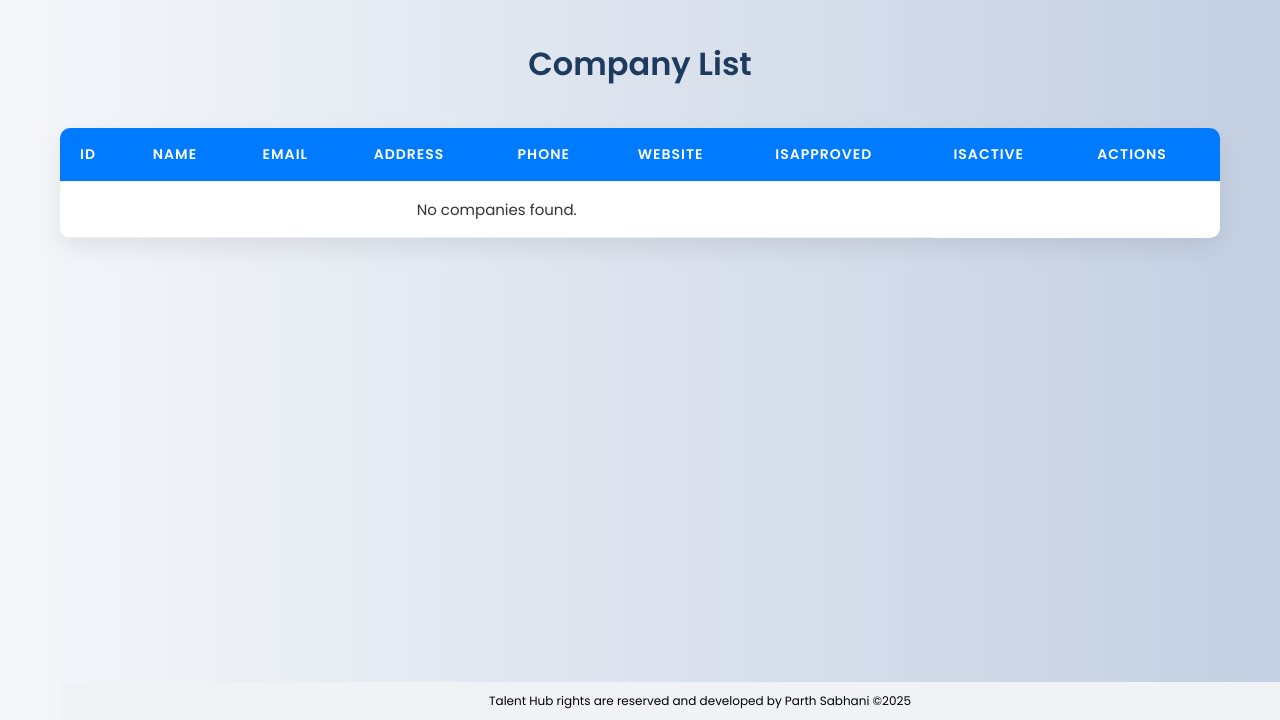
Repository: parthsabhani/Job_Portal_JSP_Servlet
Page: http://localhost/Job_Portal/adminDashboard.jsp
An editor plug-in stored every save of this project. The page is shown before and after the next save, followed by the edit.
The browser window is 1280 px wide. The pictures show the whole page.
The page is served by Tomcat 10. The session is filled in as if someone had signed in: {"model": 1, "emodel": 1, "userProjects": "testuser", "role": "user"}. The template is opened directly, without the code that normally fills it, so the values that code supplies are empty.

Above is the page before, as saved 2025-04-24 12:43:49.

After the next save:
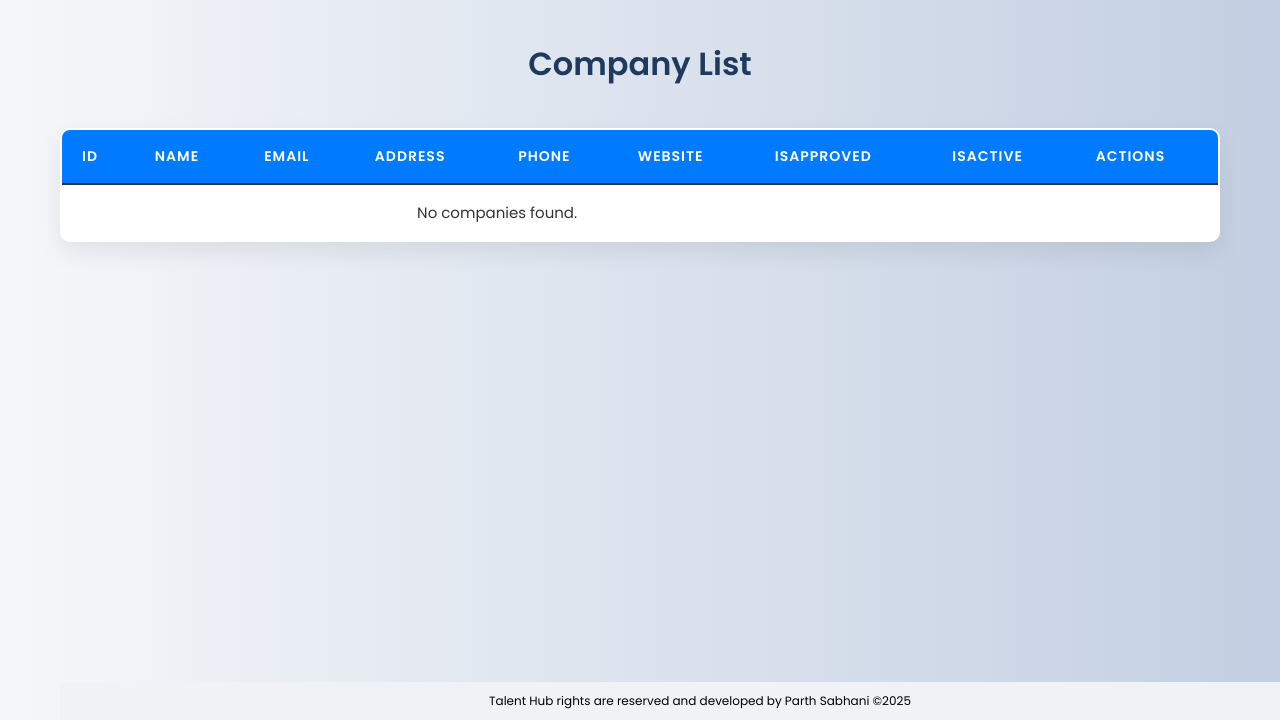
Saved 41 s later.
--- a/Job_Portal/src/main/webapp/adminDashboard.jsp
+++ b/Job_Portal/src/main/webapp/adminDashboard.jsp
@@ -35,13 +35,6 @@ body {
 	color: #333;
 }
 
-.dashboard-title {
-	text-align: center;
-	font-size: 32px;
-	color: #1e3a5f;
-	margin-bottom: 40px;
-}
-
 h2 {
 	text-align: center;
 	font-size: 32px;
@@ -56,6 +49,7 @@ table {
 	box-shadow: 0 10px 25px rgba(0, 0, 0, 0.08);
 	border-radius: 10px;
 	overflow: hidden;
+	border: 2px solid #ddd; /* Added border around the entire table */
 }
 
 th, td {
@@ -123,6 +117,26 @@ tfoot td {
 	padding: 20px;
 	font-style: italic;
 }
+
+/* Adding border around each row for clear separation */
+tr {
+	border-bottom: 2px solid #f1f1f1;
+}
+
+/* Adding border around buttons */
+.btn {
+	border: 1px solid #ddd;
+}
+
+.btn:hover {
+	border: 1px solid #ccc;
+}
+
+/* Adding a border for better separation in the header */
+th {
+	border-bottom: 2px solid #333;
+}
+
 </style>
 
 
